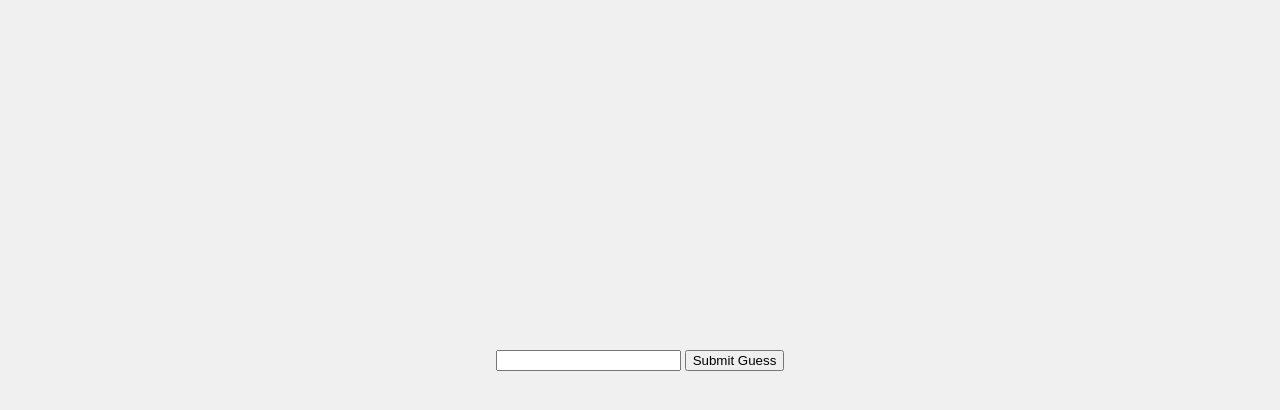
Repository: cheasopheaknita/Mastermind_Game
Page: http://localhost/
The author's editor kept a copy of each file at every save. The page is drawn from the files as they stood at one save, then again after the next save.
The browser window is 1280 px wide. The pictures show the whole page.
The page is served by the project's application, run on Flask 3 (mastermind_project/app.py).

Above is the page before, as saved 2024-02-06 01:27:31.

After the next save:
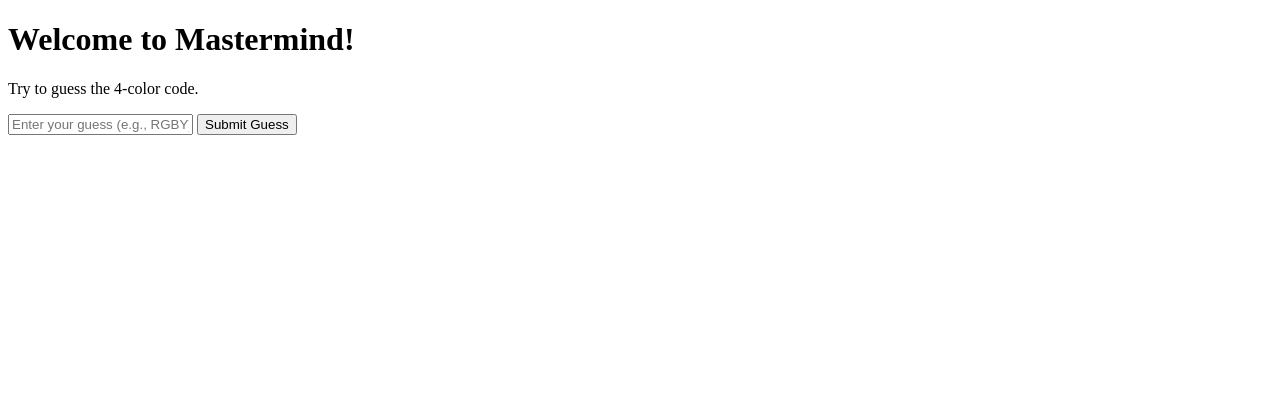
Saved 23 s later.
--- a/mastermind_project/templates/mastermind_game.html
+++ b/mastermind_project/templates/mastermind_game.html
@@ -1,68 +1,40 @@
+<!-- mastermind_game.html -->
 <!DOCTYPE html>
 <html lang="en">
 <head>
-  <meta charset="UTF-8">
-  <meta name="viewport" content="width=device-width, initial-scale=1.0">
-  <style>
-    body {
-      display: flex;
-      justify-content: center;
-      align-items: center;
-      height: 100vh;
-      margin: 0;
-      background-color: #f0f0f0;
-    }
+    <meta charset="UTF-8">
+    <meta name="viewport" content="width=device-width, initial-scale=1.0">
+    <title>Mastermind Game</title>
+</head>
+<body>
+    <h1>Welcome to Mastermind!</h1>
+    <p>Try to guess the 4-color code.</p>
 
-    #mastermind-board {
-      display: grid;
-      grid-template-columns: repeat(4, 80px);
-      gap: 10px;
-      justify-content: center;
-      align-items: center;
-      background-color: #3498db;
-      padding: 20px;
-      border-radius: 10px;
-      box-shadow: 0 0 10px rgba(0, 0, 0, 0.3);
-    }
+    <div id="result"></div>
 
-    .peg-hole {
-      width: 40px;
-      height: 40px;
-      border-radius: 50%;
-      background-color: #fff;
-      border: 2px solid #3498db;
-    }
-  </style>
-</head>
-<script>
-  function submitGuess() {
-    var userGuess = document.getElementById("userGuess").value;
+    <input type="text" id="userGuess" placeholder="Enter your guess (e.g., RGBY)">
+    <button onclick="submitGuess()">Submit Guess</button>
 
-    // Make an asynchronous request to Flask
-    fetch('/submit_guess', {
-      method: 'POST',
-      headers: {
-        'Content-Type': 'application/json',
-      },
-      body: JSON.stringify({ guess: userGuess }),
-    })
-    .then(response => response.json())
-    .then(data => {
-      // Handle the response from Flask (update the UI, etc.)
-      console.log(data);
-    })
-    .catch(error => {
-      console.error('Error:', error);
-    });
-  }
-</script>
+    <script>
+        function submitGuess() {
+            var userGuess = document.getElementById("userGuess").value;
 
-<body>
-  <div>
-    <!-- Input for user's guess -->
-    <input type="text" id="userGuess">
-    <!-- Button to submit the guess -->
-    <button onclick="submitGuess()">Submit Guess</button>
-  </div>
+            fetch('/submit_guess', {
+                method: 'POST',
+                headers: {
+                    'Content-Type': 'application/json',
+                },
+                body: JSON.stringify({ guess: userGuess }),
+            })
+            .then(response => response.json())
+            .then(data => {
+                // Handle the response from Flask
+                document.getElementById("result").innerText = data.result || data.error;
+            })
+            .catch(error => {
+                console.error('Error:', error);
+            });
+        }
+    </script>
 </body>
 </html>

After the save that followed:
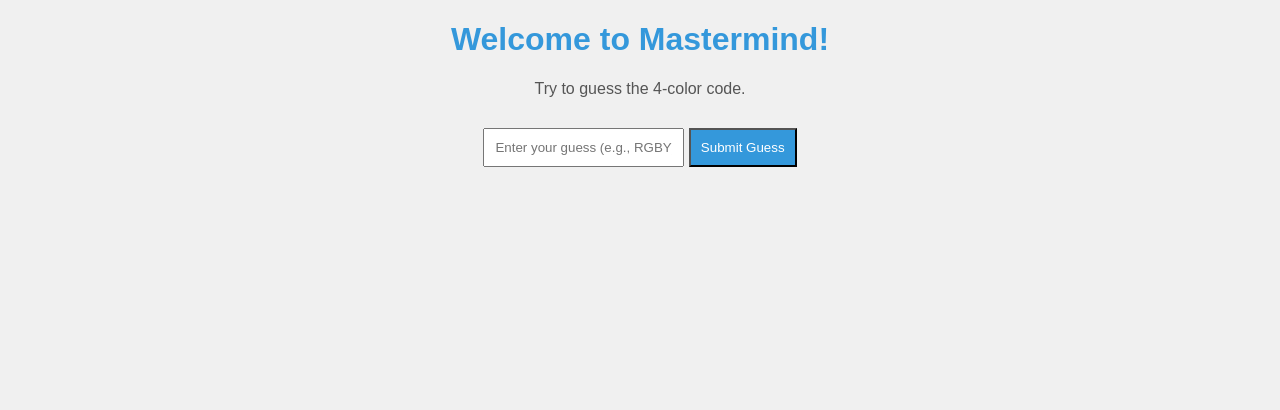
Saved 4 min 42 s later.
--- a/mastermind_project/templates/mastermind_game.html
+++ b/mastermind_project/templates/mastermind_game.html
@@ -5,6 +5,40 @@
     <meta charset="UTF-8">
     <meta name="viewport" content="width=device-width, initial-scale=1.0">
     <title>Mastermind Game</title>
+    <style>
+        body {
+            font-family: 'Arial', sans-serif;
+            background-color: #f0f0f0;
+            text-align: center;
+            margin: 20px;
+        }
+
+        h1 {
+            color: #3498db;
+        }
+
+        p {
+            color: #555;
+        }
+
+        #result {
+            margin-top: 20px;
+            font-weight: bold;
+            color: #27ae60;
+        }
+
+        #userGuess {
+            padding: 10px;
+            margin-top: 10px;
+        }
+
+        button {
+            padding: 10px;
+            background-color: #3498db;
+            color: #fff;
+            cursor: pointer;
+        }
+    </style>
 </head>
 <body>
     <h1>Welcome to Mastermind!</h1>
